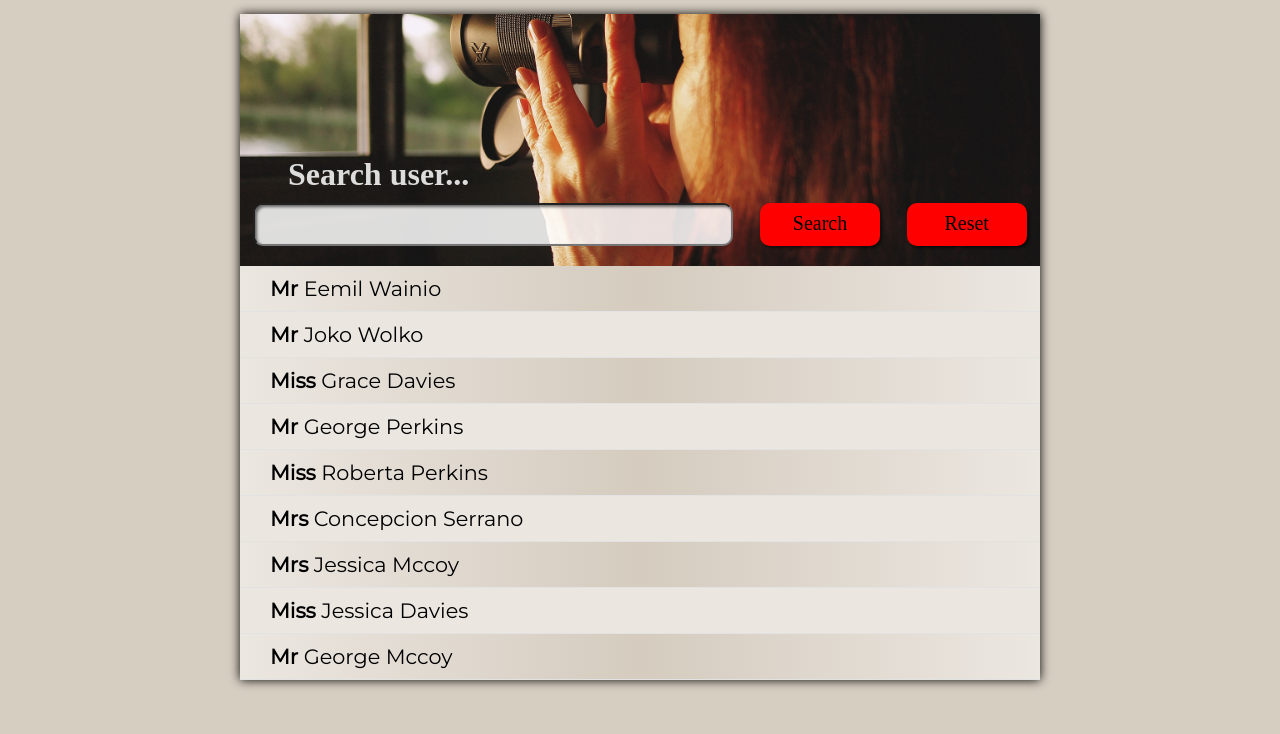
Repository: KrzysKolo/sr_tydzien5_zad4
Page: /
The author's editor kept a copy of each file at every save. The page is drawn from the files as they stood at one save, then again after the next save.
The browser window is 1280 px wide. The pictures show the whole page.
Some web fonts or font styles are not loaded; a fallback is used. The project was rebuilt for these pictures with package versions that can differ from the ones it lists, and the page was loaded fresh each time.

Above is the page before, as saved 2021-01-03 06:43:15.

After the next save:
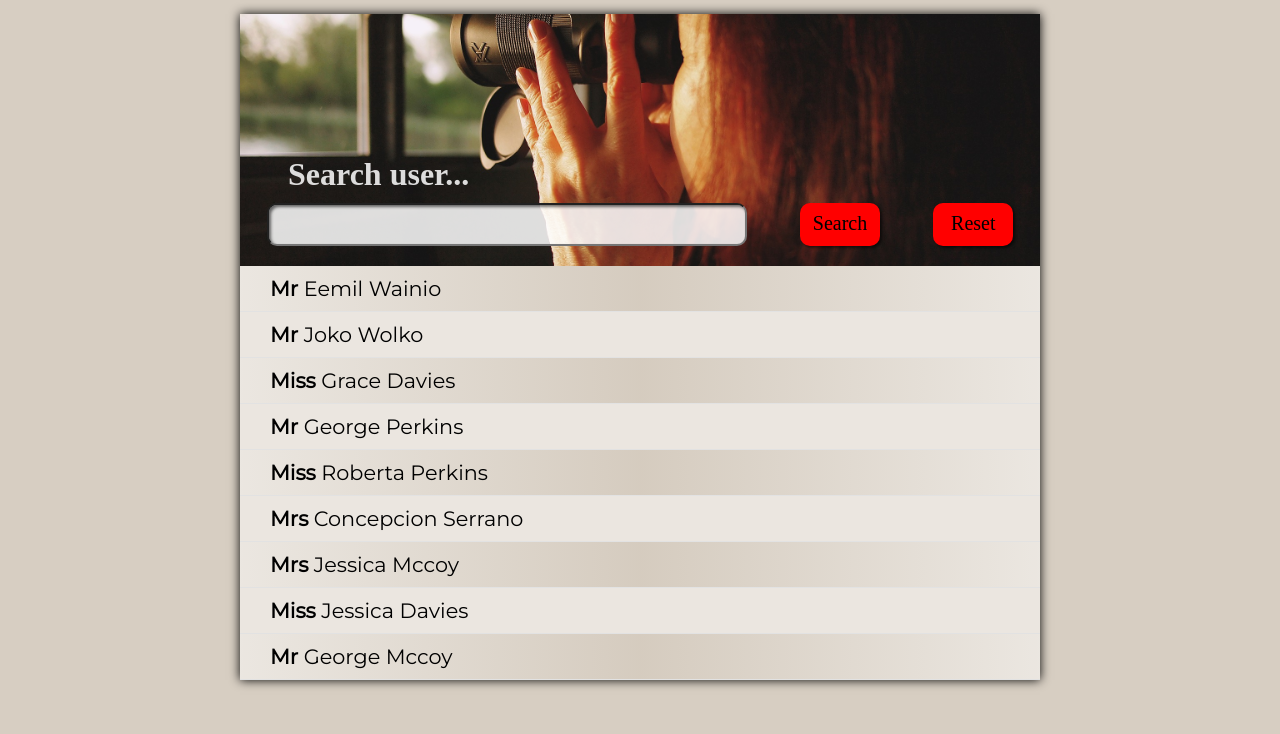
Saved 28 s later.
--- a/src/App.css
+++ b/src/App.css
@@ -47,7 +47,7 @@ section {
 }
 .header__search-btn {
   background: red;
-  width: 15%;
+  width: 10%;
   border-radius: 10px;
   box-shadow: 2px 2px 3px 0px rgba(0, 0, 0, 0.55);
   font-size: 20px;
